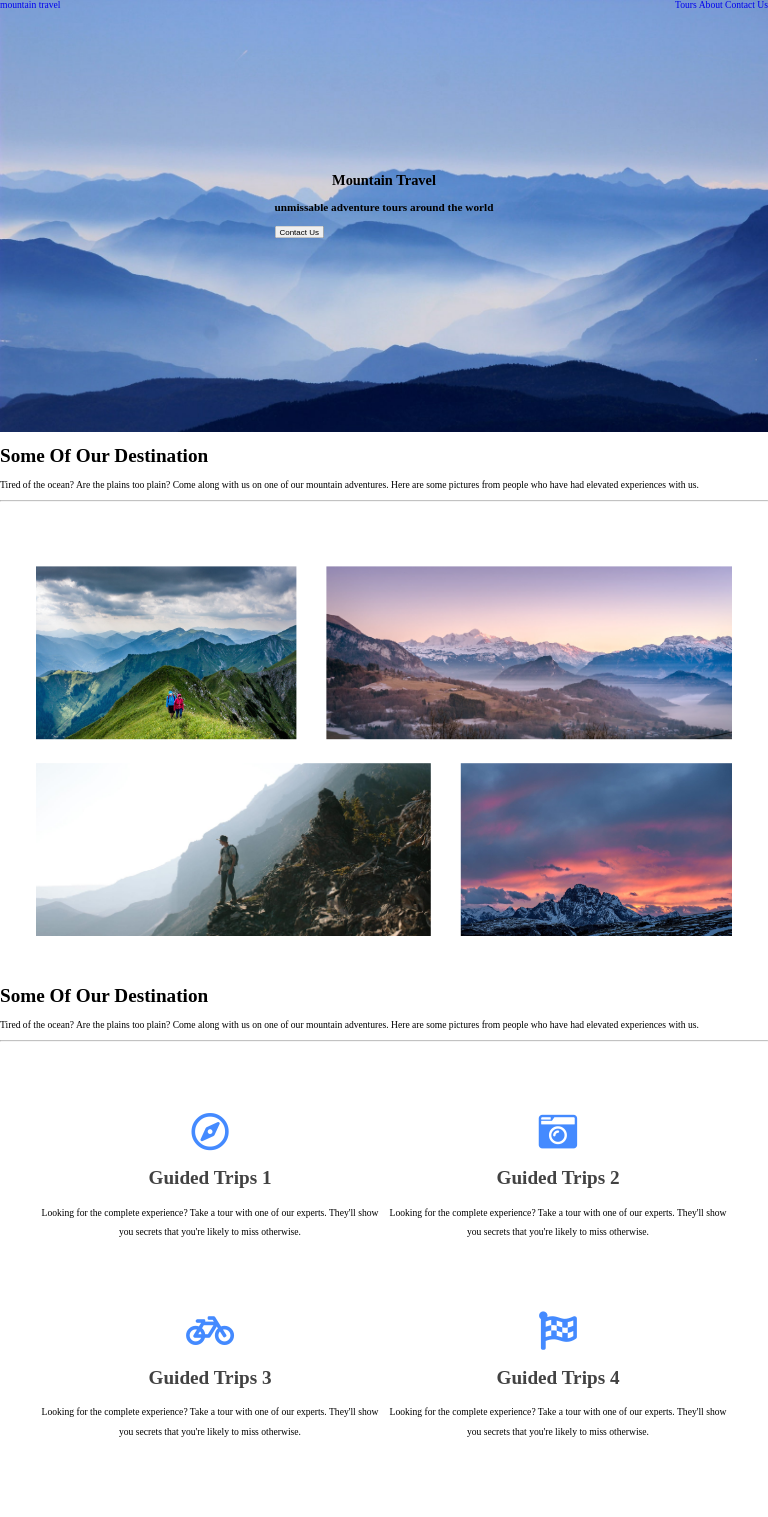
Repository: Einsteiniumeinsteinian/Advanced-CSS
Page: css-project-starter-code/index.html
An editor plug-in stored every save of this project. The page is shown before and after a run of saves, followed by the edit.
The browser window is 1280 px wide. The pictures show the whole page, at 60% of full size.
Some web libraries are served in a nearby version.

Above is the page before, as saved 2021-08-15 20:43:01.

### css-project-starter-code/index.html
<!DOCTYPE html>
<html>

<head>
  <meta charset="utf-8">
  <meta name="viewport" content="width=device-width, initial-scale=1">
  <title>Mountain Travel</title>
  <link rel="stylesheet" href="https://use.fontawesome.com/releases/v5.0.7/css/all.css">
  <link rel="preconnect" href="https://fonts.googleapis.com">
  <link rel="preconnect" href="https://fonts.gstatic.com" crossorigin>
  <link href="https://fonts.googleapis.com/css2?family=Quicksand:wght@600&display=swap" rel="stylesheet">
  <link href="https://fonts.googleapis.com/css?family=Open+Sans" rel="stylesheet">
  <link rel="stylesheet" href="assets/css/styles.css">
</head>

<body>
  <!-- Forked from a template on Tutorialzine: https://tutorialzine.com/2016/06/freebie-landing-page-template-with-flexbox -->
  <header>
    <nav>
      <a href="#"> mountain travel</a>
      <span class="nav-span">
        <a href="#"> Tours</a>
        <a href="#"> About</a>
        <a href="#"> Contact Us</a>
      </span>
    </nav>
    <div class="top-container">
      <div class="header-text-wrapping">
        <h2>Mountain Travel</h2>
        <h3>unmissable adventure tours around the world</h3>
        <button>Contact Us</button>
      </div>

    </div>
  </header>
  <div>
    <h1>
      Some Of Our Destination
    </h1>
    <p>
      Tired of the ocean? Are the plains too plain? Come along with us on one of our mountain adventures. Here are some
      pictures from people who have had elevated experiences with us.
    </p>
    <hr>
  </div>

  <section class="photo-section">
    <div class="photo-set-div">
      <img class="img" src="assets/img/mountain1.jpg" alt="">
      <img class="img img-2" src="assets/img/mountain2.jpg" alt="">
    </div>
    <div class="photo-set-div">
      <img class="img img-3" src="assets/img/mountain3.jpg" alt="">
      <img class="img" src="assets/img/mountain4.jpg" alt="">
    </div>
  </section>

  <div>
    <h1>
      Some Of Our Destination
    </h1>
    <p>
      Tired of the ocean? Are the plains too plain? Come along with us on one of our mountain adventures. Here are some
      pictures from people who have had elevated experiences with us.
    </p>
    <hr>
  </div>

  <!--* Packkage Section -->
  <section class="package-section">
    <div class="package-set">
      <div class="package">
<i class="far fa-compass"></i>
        <h1>
          guided trips 1
        </h1>
        <p>Looking for the complete experience? Take a tour with one of our experts. They'll show you secrets that you're likely to
        miss otherwise.</p>
      </div>
        <div class="package">
          <i class="fas fa-camera-retro"></i>
          <h1>
            guided trips 2
          </h1>
          <p>Looking for the complete experience? Take a tour with one of our experts. They'll show you secrets that you're
            likely to
            miss otherwise.</p>
        </div>
    </div>
      <div class="package-set">
        <div class="package">
          <i class="fas fa-bicycle"></i>
          <h1>
            guided trips 3
          </h1>
          <p>Looking for the complete experience? Take a tour with one of our experts. They'll show you secrets that you're
            likely to
            miss otherwise.</p>
        </div>
          <div class="package">
            <i class="fas fa-flag-checkered"></i>
            <h1>
              guided trips 4
            </h1>
            <p>Looking for the complete experience? Take a tour with one of our experts. They'll show you secrets that you're
              likely to
              miss otherwise.</p>
          </div>
      </div>
  </section>
</body>

</html>

### css-project-starter-code/assets/css/styles.css
body{
    margin: 0;
    /* font-family: ; */
}
header{
  /* display: flex; */
  background-image: url('../img/main.jpg');
  background-repeat: no-repeat;
background-size: cover;
    min-height: 100vh;
}
nav{
    display: flex;
    justify-content: space-between;
    min-height: 30vh;
}
.top-container{
    margin-top: 10vh;
    display: flex;
    flex-direction: column;
    justify-content: center;
    align-items: center;
}
h2{
    margin-top: 0;
   text-align: center;
}
a{
    text-decoration: none;
}

/** Photo Section */
.photo-section{
    padding: 60px;
    display: flex;
    flex-direction: column;
}
.photo-set-div{
    margin-top: 40px;
    flex-grow: 1;
    display: flex;
    height: 40vh;
    flex-basis: 100px;
}

.img{
    min-width: 0;
flex-basis: 400px;
flex-grow: 1;
  object-fit: cover;
}
.img-2{
    margin-left: 50px;
    flex-grow: 8;
}
.img-3{
    margin-right: 50px;
    flex-grow: 5;
}

/** Packages */
.package-section{
    padding: 60px;
}
.package-set{
    display: flex;
}
.package{
    text-align: center;
    line-height: 2em;
    margin-top: 50px;
    margin-bottom: 50px;
}
.package > h1{
    /* font-family: 'Quicksand', sans-serif; */
    color: #424242;
    text-transform: capitalize;
    font-weight: bold;
    font-size: 2em;
}
i{
    font-size: 4em;
    color: #448AFF;
}

After the next 4 saves:
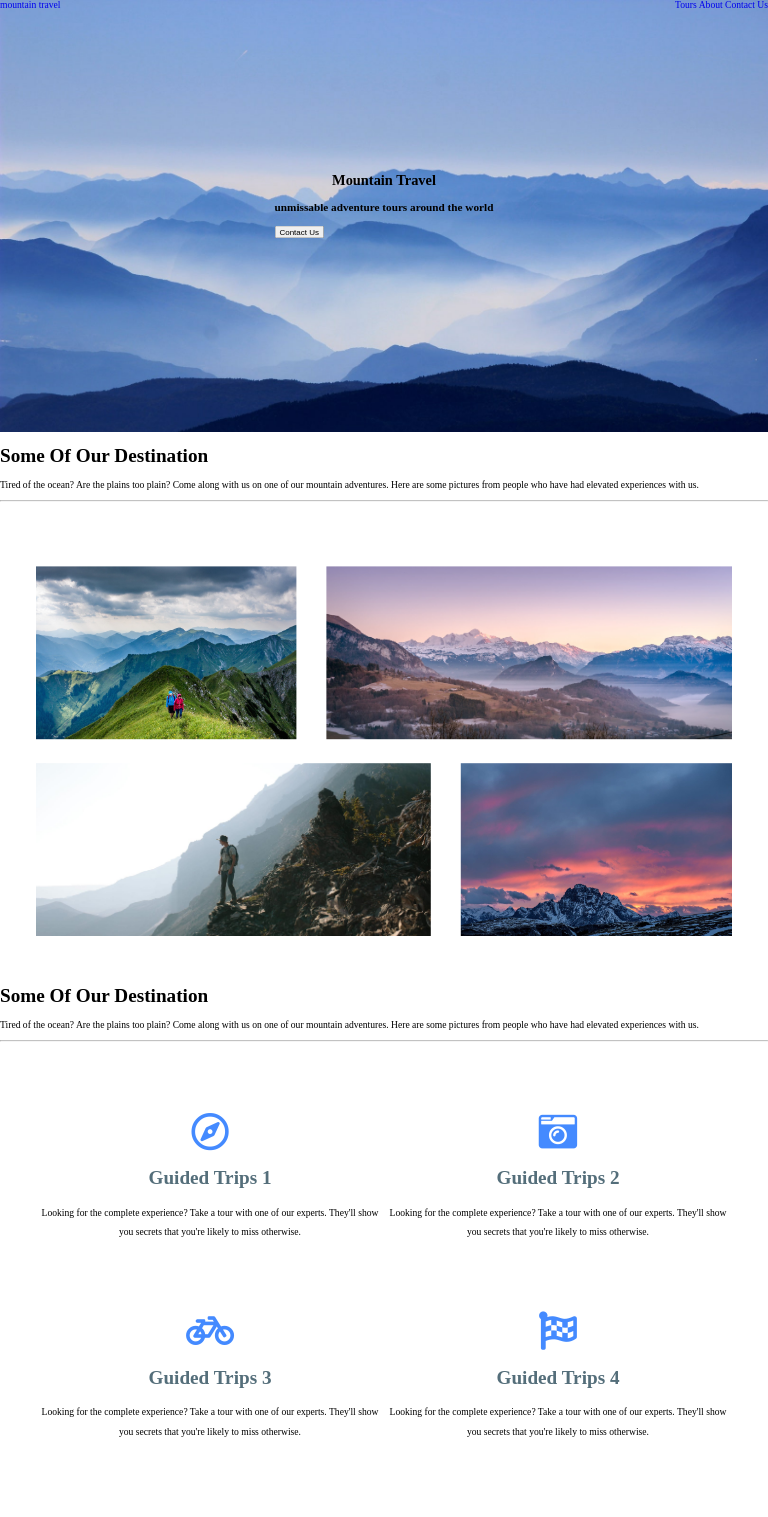
The 4 saves are shown as one change because they came seconds apart.
The last was saved 116 s later.
--- a/css-project-starter-code/assets/css/styles.css
+++ b/css-project-starter-code/assets/css/styles.css
@@ -73,7 +73,7 @@ flex-grow: 1;
 }
 .package > h1{
     /* font-family: 'Quicksand', sans-serif; */
-    color: #424242;
+    color: #546E7A;
     text-transform: capitalize;
     font-weight: bold;
     font-size: 2em;
